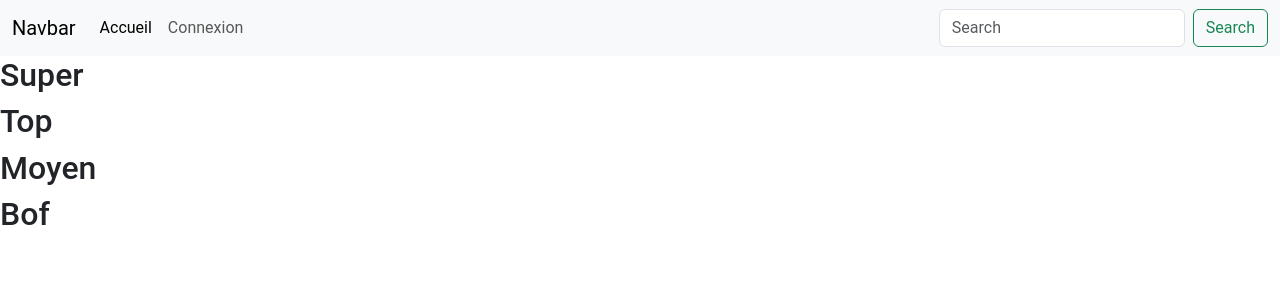
Repository: tecouz/Angular
Page: / (app in projet Angular/demo-angular-dfs2-g2/)
These files come from the project's save history. The page is drawn as it stood at one moment and after the next save; the edit follows.
The browser window is 1280 px wide. The pictures show the whole page.
The project was rebuilt for these pictures with package versions that can differ from the ones it lists, and the page was loaded fresh each time. Also part of the build but not shown: projet Angular/demo-angular-dfs2-g2/angular.json, projet Angular/demo-angular-dfs2-g2/src/app/pages/connexion/connexion.component.ts, projet Angular/demo-angular-dfs2-g2/src/app/pages/page404/page404.component.ts.

Above is the page before, as saved 2024-11-25 11:30:50.

After the next save:
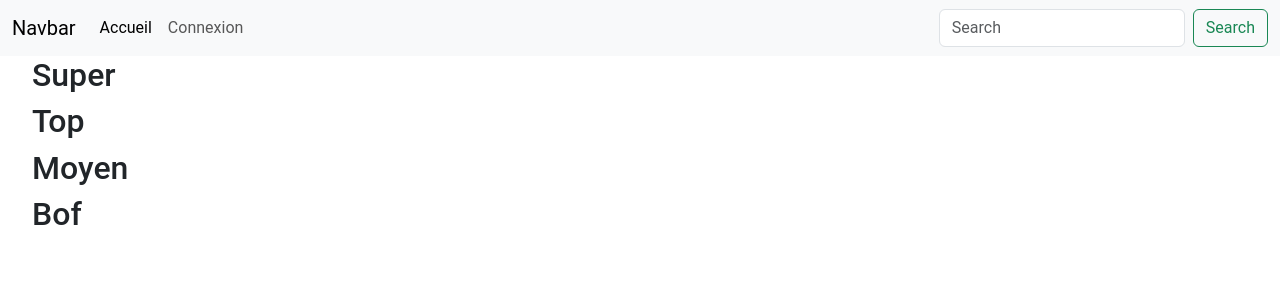
Saved 54 s later.
--- a/projet Angular/demo-angular-dfs2-g2/src/app/pages/accueil/accueil.component.html
+++ b/projet Angular/demo-angular-dfs2-g2/src/app/pages/accueil/accueil.component.html
@@ -1,4 +1,6 @@
-@for (categorie of listeCategories; track $index) {
+<ul>
+    @for (categorie of listeCategories; track $index) {
 
     <h2>{{categorie}}</h2>
 }
+</ul>
